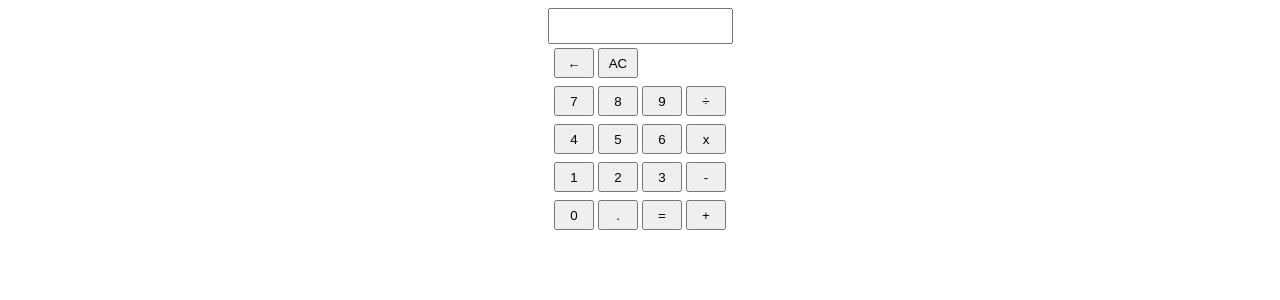
Repository: z1youRA/MyCalculator
Page: index.html
An editor plug-in stored every save of this project. The page is shown before and after the next save, followed by the edit.
The browser window is 1280 px wide. The pictures show the whole page.

Above is the page before, as saved 2021-12-19 17:17:33.

After the next save:
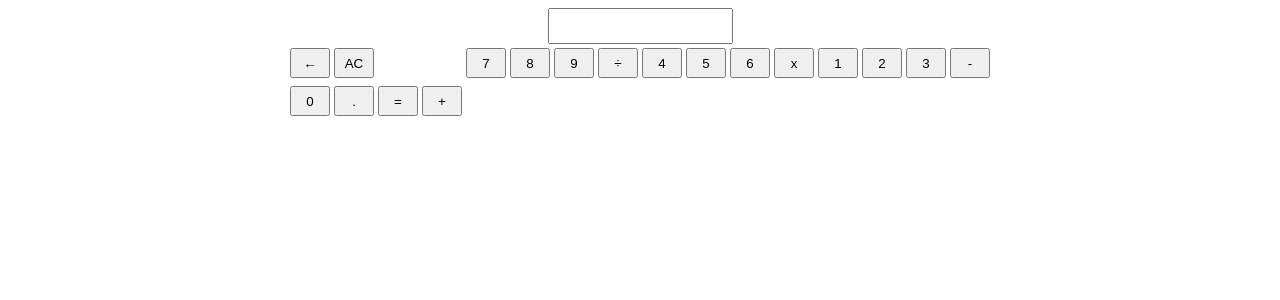
Saved 54 s later.
--- a/css/styles.css
+++ b/css/styles.css
@@ -13,7 +13,7 @@ input {
 
 .buttons {
     display: grid;
-
+    grid-template-columns: repeat(4, 1fr);
 }
 
 .row {
